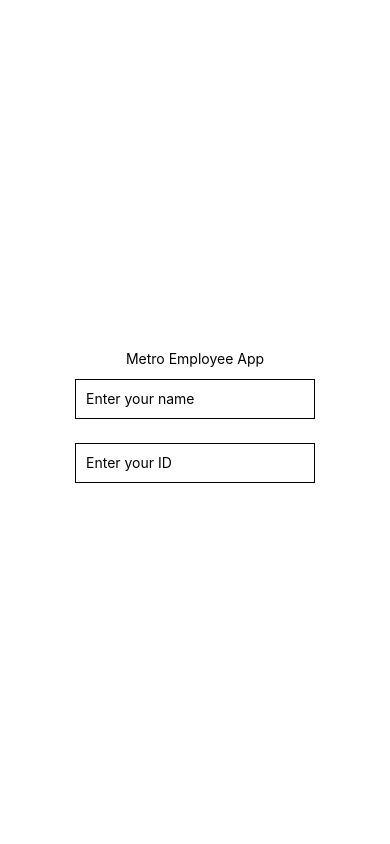
Repository: VishnuJG/Metro-Employee-App
Screen: /
These files come from the project's save history. The screen is drawn as it stood at one moment and after a run of saves; the edit follows.
The app was drawn by React Native's web renderer in a window 390 px wide. The project was rebuilt for these pictures with package versions that can differ from the ones it lists, and the page was loaded fresh each time. Some packages were replaced by stand-ins written for this rebuild.

Above is the screen before, as saved 2022-06-28 12:38:54.

### App.js
import { StatusBar } from 'expo-status-bar';
import React, { useState } from "react";
import { StyleSheet, Text, View, TextInput} from 'react-native';
import { useDimensions } from '@react-native-community/hooks';


export default function App() {

  // const {lanscape}=useDimensions();
  const [emp, onEmpUpdate] = useState([{ id: 0, name: " Vishnu J G" }]);
  const [name, onChangeName] = useState("");
  const [number, onChangeNumber] = useState(null);
  return (
    <View style={styles.container}>
      <Text>Metro Employee App</Text>

        <TextInput
          style={styles.input}
          onChangeText={onChangeName}
          placeholder="Enter your name"
          value={name}
        />



        <TextInput
          style={styles.input}
          onChangeText={onChangeNumber}
          value={number}
          placeholder="Enter your ID"
          keyboardType="numeric"
        />

    </View>
  );
}

const styles = StyleSheet.create({
  container: {
    flex: 1,
    backgroundColor: '#fff',
    alignItems: 'center',
    justifyContent: 'center',
    // topPadding:lanscape?20:0,
  },
  input: {
    height: 40,
    margin: 12,
    borderWidth: 1,
    padding: 10,
  },
  inputForm:{
    flex : 1,
    flexDirection: 'row',
    alignItems: 'center',
    justifyContent: 'center',
  }
});

After the next 3 saves:
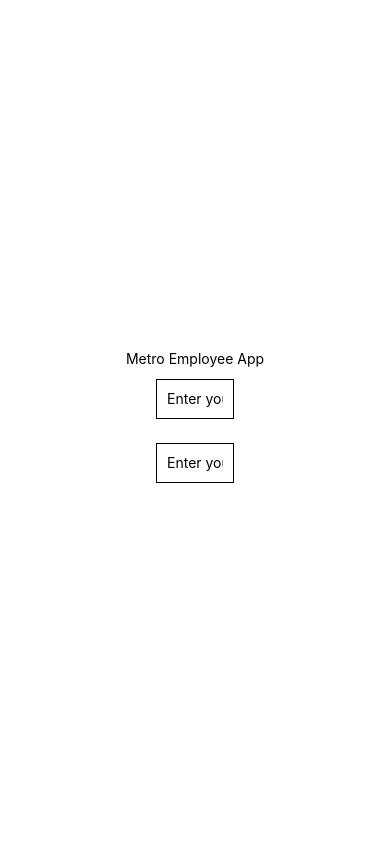
The 3 saves are shown as one change because 2 did not build or start.
The last was saved 23 s later.
--- a/App.js
+++ b/App.js
@@ -47,6 +47,7 @@ const styles = StyleSheet.create({
     height: 40,
     margin: 12,
     borderWidth: 1,
+    width:'20%',
     padding: 10,
   },
   inputForm:{
